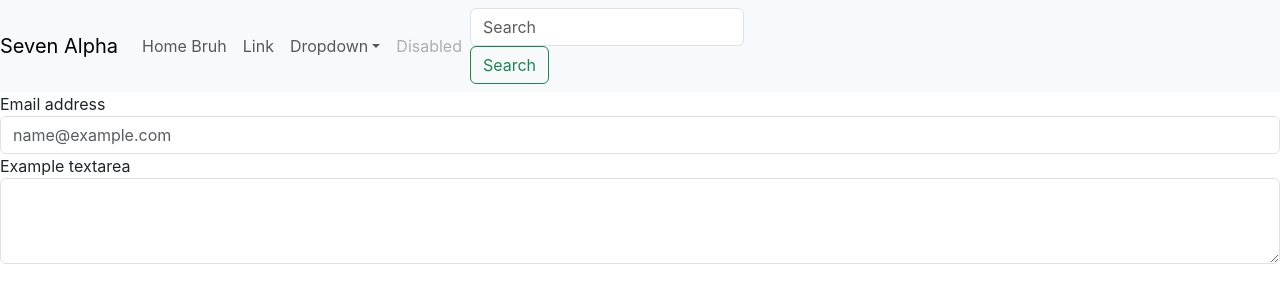
Repository: Shubham-tawar/Text-editor
Page: /
An editor plug-in stored every save of this project. The page is shown before and after a run of saves, followed by the edit.
The browser window is 1280 px wide. The pictures show the whole page.
The project was rebuilt for these pictures with package versions that can differ from the ones it lists, and the page was loaded fresh each time. Also part of the build but not shown: src/App.css.

Above is the page before, as saved 2025-07-05 16:52:13.

After the next 4 saves:
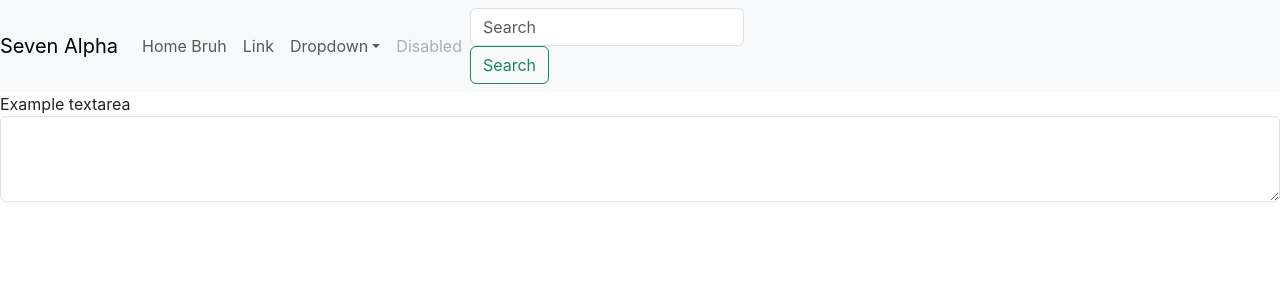
The 4 saves are shown as one change because they came seconds apart.
The last was saved 15 s later.
--- a/src/components/Textform.js
+++ b/src/components/Textform.js
@@ -4,11 +4,6 @@ import PropTypes from 'prop-types'
 export default function Textform() {
   return (
     <form>
-        <div class="form-group">
-            <label for="exampleFormControlInput1">Email address</label>
-            <input type="email" class="form-control" id="exampleFormControlInput1" placeholder="name@example.com"/>
-        </div>
-
 
         <div class="form-group">
             <label for="exampleFormControlTextarea1">Example textarea</label>
